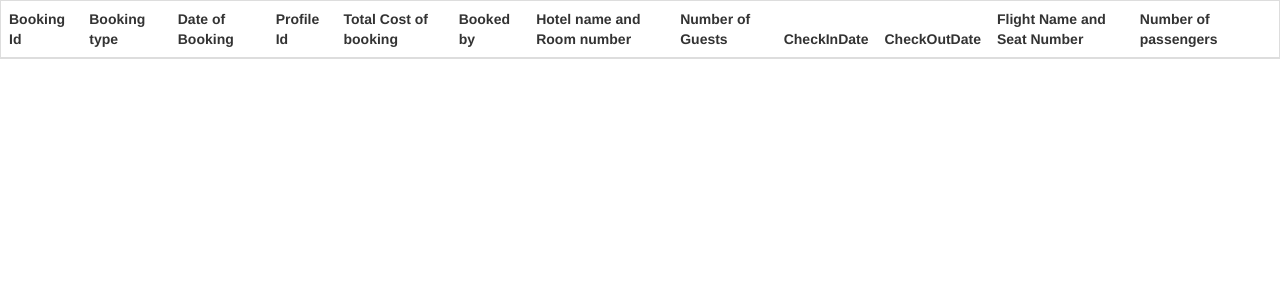
Repository: pparaska/Important
Page: http://localhost/website/WEB-INF/jsp/BookingInformation.jsp
An editor plug-in stored every save of this project. The page is shown before and after the next save, followed by the edit.
The browser window is 1280 px wide. The pictures show the whole page.
The page is served by Tomcat 9. Nobody is signed in. The template is opened directly, without the code that normally fills it, so the values that code supplies are empty.

Above is the page before, as saved 2019-02-18 03:38:09.

After the next save:
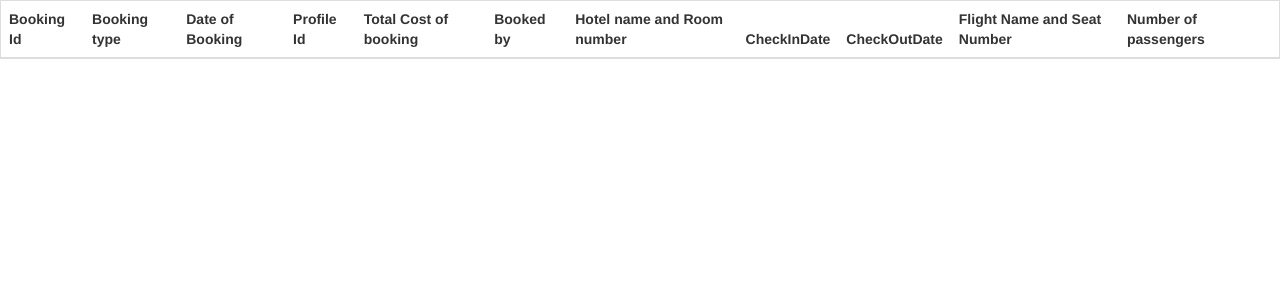
Saved 26 s later.
--- a/Tripweb/website/src/main/webapp/WEB-INF/jsp/BookingInformation.jsp
+++ b/Tripweb/website/src/main/webapp/WEB-INF/jsp/BookingInformation.jsp
@@ -30,7 +30,7 @@
 					<th scope="col">Total Cost of booking</th>
 					<th scope="col">Booked by</th>
 					<th scope="col">Hotel name and Room number</th>
-					<th scope="col">Number of Guests</th>
+					<!-- <th scope="col">Number of Guests</th> -->
 					<th scope="col">CheckInDate</th>
 					<th scope="col">CheckOutDate</th>
 					<th scope="col">Flight Name and Seat Number</th>
